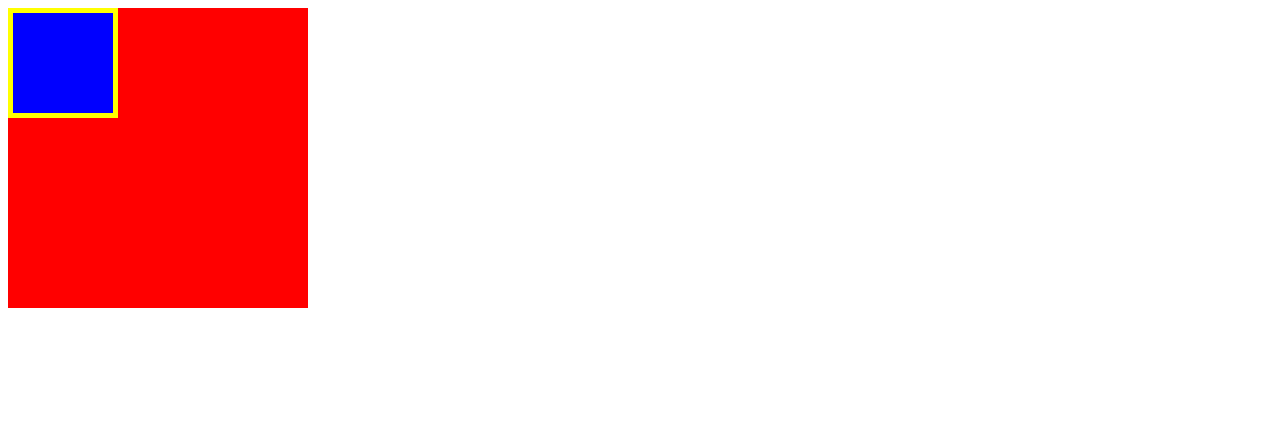
Repository: matsumurashin/flex
Page: box/box.html
The author's editor kept a record of every edit. The page is drawn from the files as they stood at one moment, then again after the next edit.
The browser window is 1280 px wide. The pictures show the whole page.

Above is the page before.

### box/box.html
<!DOCTYPE html>
<html lang="ja">
  <head>
    <meta charset="UTF-8" />
    <link rel="stylesheet"  href="box.css" />
    <title>BOX</title>
  </head>

  <body>
    <!--box1用のdiv-->
    <div class="box1">
      <div class="box2"></div>
    </div>
  </body>
</html>

### box/box.css
.box1 {
  width:300px;
  height:300px;
  background-color: red;
}

.box2 {
  width: 100px;
  height: 100px;
  background: blue;
  border: 5px solid yellow;
}

After the next edit:
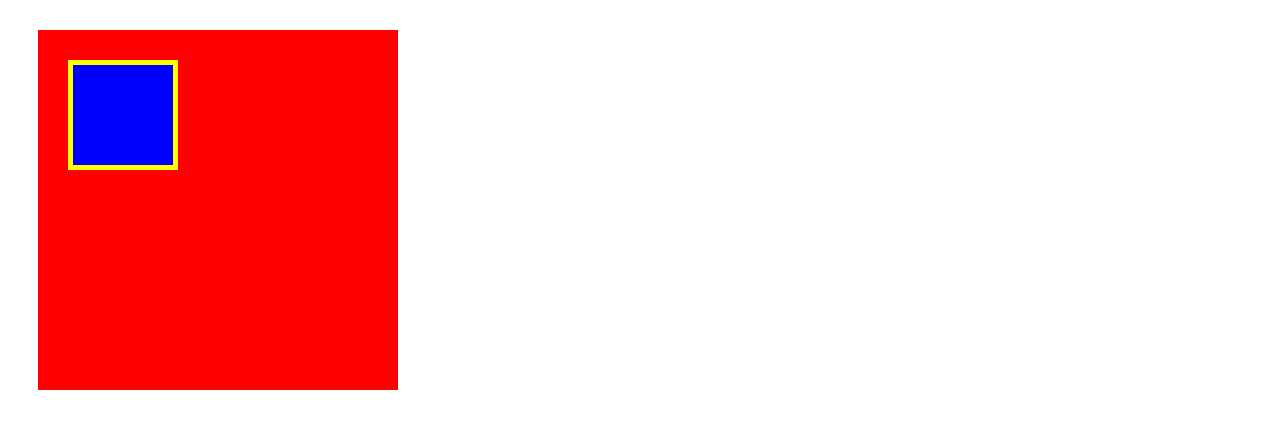
The edit:
--- a/box/box.css
+++ b/box/box.css
@@ -2,6 +2,8 @@
   width:300px;
   height:300px;
   background-color: red;
+  margin: 30px;
+  padding: 30px;
 }
 
 .box2 {
